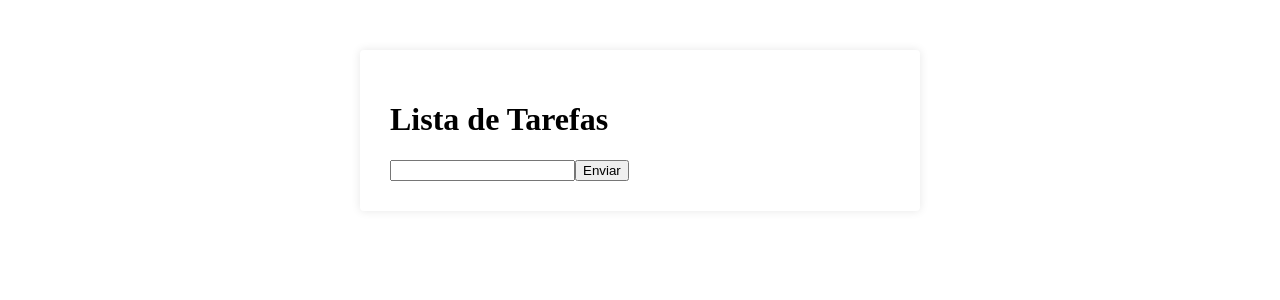
Repository: FellipeMiguel/lista-de-tarefas
Page: /
An editor plug-in stored every save of this project. The page is shown before and after the next save, followed by the edit.
The browser window is 1280 px wide. The pictures show the whole page.
The project was rebuilt for these pictures with package versions that can differ from the ones it lists, and the page was loaded fresh each time. Also part of the build but not shown: src/App.css.

Above is the page before, as saved 2023-06-14 23:04:50.

### src/index.js
import React from "react"
import ReactDOM from "react-dom/client"

import App from "./App"

const root = ReactDOM.createRoot(document.getElementById("root"))
root.render(
  <React.StrictMode>
    <App />
  </React.StrictMode>,
)

### src/App.js
import Main from './components/Main'
import './App.css'

function App() {
  return <Main />
}

export default App

### src/components/Main.js
import React, { Component } from 'react'
import './Main.css'

export default class Main extends Component {
  state = {
    newTask: '',
  }

  handleChange = (e) => {
    this.setState({ newTask: e.target.value })
  }

  render() {
    // const { newTask } = this.state

    return (
      <div className="main">
        <h1>Lista de Tarefas</h1>

        <form action="#">
          <input onChange={this.handleChange} type="text" />
          <button type="submit">Enviar</button>
        </form>
      </div>
    )
  }
}

### src/components/Main.css
.main {
  background: #fff;
  padding: 30px;
  margin: 50px auto;
  max-width: 500px;
  border-radius: 4px;
  box-shadow: 0 0 10px rgba(0, 0, 0, 0.1);
}

Loaded but not shown: public/index.html (common file)

After the next save:
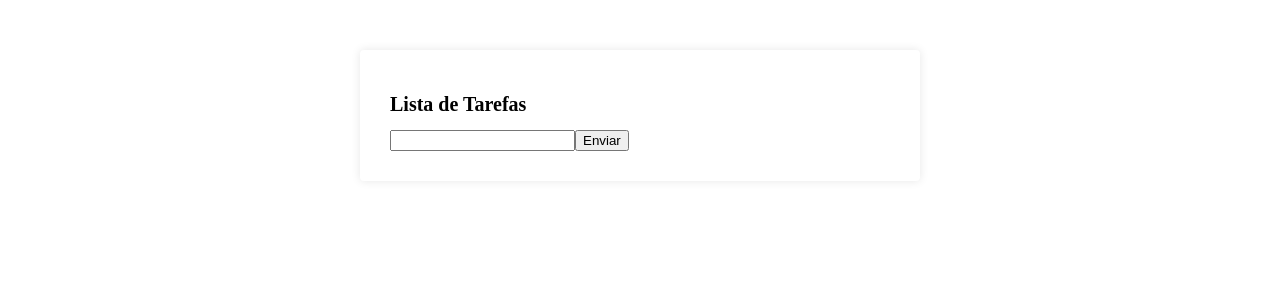
Saved 35 s later.
--- a/src/components/Main.css
+++ b/src/components/Main.css
@@ -6,3 +6,7 @@
   border-radius: 4px;
   box-shadow: 0 0 10px rgba(0, 0, 0, 0.1);
 }
+
+.main h1 {
+  font-size: 20px;
+}
